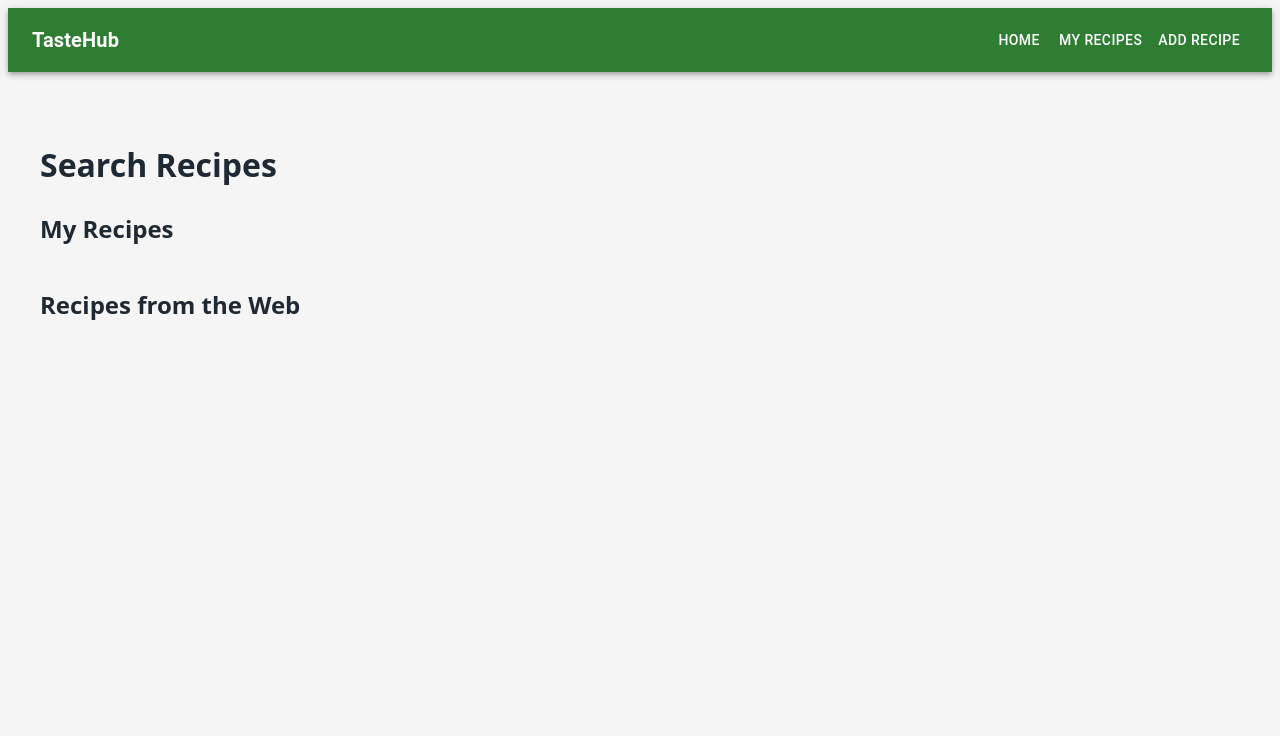
Repository: PabloVega7/TasteHub-Milestone03
Page: /
These files come from the project's save history. The page is drawn as it stood at one moment and after the next save; the edit follows.
The browser window is 1280 px wide. The pictures show the whole page.
The page's requests for data from a server got no answer. The project was rebuilt for these pictures with package versions that can differ from the ones it lists, and the page was loaded fresh each time. No one was signed in, and anything a server would have sent is missing. Also part of the build but not shown: vite.config.js, src/components/RecipeCard.jsx, src/pages/RecipeDetails.jsx, src/pages/MyRecipes.jsx, src/pages/AddRecipe.jsx, src/pages/EditRecipe.jsx.

Above is the page before, as saved 2025-11-29 15:51:57.

### index.html
<!doctype html>
<html lang="en">
  <head>
    <meta charset="UTF-8" />
    <link rel="icon" type="image/svg+xml" href="/vite.svg" />
    <meta name="viewport" content="width=device-width, initial-scale=1.0" />
    <title>tastehub</title>
  </head>
  <body>
    <div id="root"></div>
    <script type="module" src="/src/main.jsx"></script>
  </body>
</html>

### src/App.jsx
// src/App.jsx
import { BrowserRouter as Router, Routes, Route } from "react-router-dom";
import Navbar from "./components/Navbar";
import Home from "./pages/Home";
import RecipeDetails from "./pages/RecipeDetails";
import MyRecipes from "./pages/MyRecipes";
import AddRecipe from "./pages/AddRecipe";
import EditRecipe from "./pages/EditRecipe";
import { RecipesProvider } from "./context/RecipesContext";

function App() {
  return (
    <RecipesProvider>
      <Router>
        <Navbar />
        <Routes>
          <Route path="/" element={<Home />} />
          <Route path="/recipe/:id" element={<RecipeDetails />} />
          <Route path="/my-recipes" element={<MyRecipes />} />
          <Route path="/add-recipe" element={<AddRecipe />} />
          <Route path="/edit-recipe/:id" element={<EditRecipe />} />
        </Routes>
      </Router>
    </RecipesProvider>
  );
}

export default App;

### src/index.css
:root {
  font-family: system-ui, -apple-system, BlinkMacSystemFont, "Segoe UI",
    sans-serif;
  line-height: 1.5;
  color: #1f2933;
  background-color: #f5f5f5;
}

body {
  margin: 20;
  min-height: 100vh;
}

#root {
  min-height: 100vh;
}

### src/components/Navbar.jsx
import AppBar from "@mui/material/AppBar";
import Box from "@mui/material/Box";
import Toolbar from "@mui/material/Toolbar";
import Typography from "@mui/material/Typography";
import Button from "@mui/material/Button";
import { Link } from "react-router-dom";

export default function Navbar() {
  return (
    <Box sx={{ flexGrow: 1, mb: 2 }}>
      <AppBar position="static" sx={{ backgroundColor: "#2e7d32" }}>
        <Toolbar>
          {/* Logo / App Name */}
          <Typography
            variant="h6"
            component="div"
            sx={{ flexGrow: 1, fontWeight: 600 }}>
            TasteHub
          </Typography>

          {/* Navigation Buttons */}
          <Button color="inherit" component={Link} to="/">
            Home
          </Button>

          <Button color="inherit" component={Link} to="/my-recipes">
            My Recipes
          </Button>

          <Button color="inherit" component={Link} to="/add-recipe">
            Add Recipe
          </Button>
        </Toolbar>
      </AppBar>
    </Box>
  );
}

### src/pages/Home.jsx
import { useRecipes } from "../context/RecipesContext";
import RecipeCard from "../components/RecipeCard";
import WebRecipes from "../components/WebRecipes";

export default function Home() {
  const { recipes } = useRecipes();

  return (
    <div style={{ padding: "2rem" }}>
      <h1>Search Recipes</h1>

      <h2>My Recipes</h2>
      <div style={{ display: "flex", gap: "1rem", flexWrap: "wrap" }}>
        {recipes.map((recipe) => (
          <RecipeCard
            key={recipe.id}
            id={recipe.id}
            title={recipe.title}
            image={recipe.image}
          />
        ))}
      </div>

      <h2>Recipes from the Web</h2>
      <WebRecipes />
    </div>
  );
}

### src/context/RecipesContext.jsx
import { createContext, useContext, useEffect, useState } from "react";

const RecipesContext = createContext();
export const useRecipes = () => useContext(RecipesContext);

export const RecipesProvider = ({ children }) => {
  const [recipes, setRecipes] = useState([]);

  // Load from localStorage on mount
  useEffect(() => {
    const stored = localStorage.getItem("tastehub-recipes");
    if (stored) {
      try {
        setRecipes(JSON.parse(stored));
      } catch (err) {
        console.error("Error parsing stored recipes:", err);
        setRecipes([]);
      }
    }
  }, []);

  // Save to localStorage whenever recipes change
  useEffect(() => {
    localStorage.setItem("tastehub-recipes", JSON.stringify(recipes));
  }, [recipes]);

  // Add a new recipe
  const addRecipe = (newRecipe) => {
    const recipeWithId = {
      ...newRecipe,
      id: Date.now().toString(), // guaranteed unique
    };

    setRecipes((prev) => [...prev, recipeWithId]);
  };

  // Edit recipe
  const updateRecipe = (updatedRecipe) => {
    setRecipes((prev) =>
      prev.map((r) => (r.id === updatedRecipe.id ? updatedRecipe : r))
    );
  };

  return (
    <RecipesContext.Provider
      value={{
        recipes,
        addRecipe,
        updateRecipe,
      }}>
      {children}
    </RecipesContext.Provider>
  );
};

### src/components/WebRecipes.jsx
import { useState, useEffect } from "react";
import RecipeCard from "./RecipeCard";

export default function WebRecipes() {
  const [results, setResults] = useState([]);

  useEffect(() => {
    async function fetchData() {
      try {
        const res = await fetch(
          "https://www.themealdb.com/api/json/v1/1/search.php?s=chicken"
        );
        const data = await res.json();

        if (data.meals) {
          setResults(
            data.meals.slice(0, 6).map((meal) => ({
              id: meal.idMeal,
              title: meal.strMeal,
              image: meal.strMealThumb,
            }))
          );
        }
      } catch (err) {
        console.error("API error", err);
      }
    }

    fetchData();
  }, []);

  return (
    <div style={{ display: "flex", gap: "1rem", flexWrap: "wrap" }}>
      {results.map((r) => (
        <RecipeCard key={r.id} id={r.id} title={r.title} image={r.image} />
      ))}
    </div>
  );
}

Loaded but not shown: src/main.jsx (common file)

After the next save:
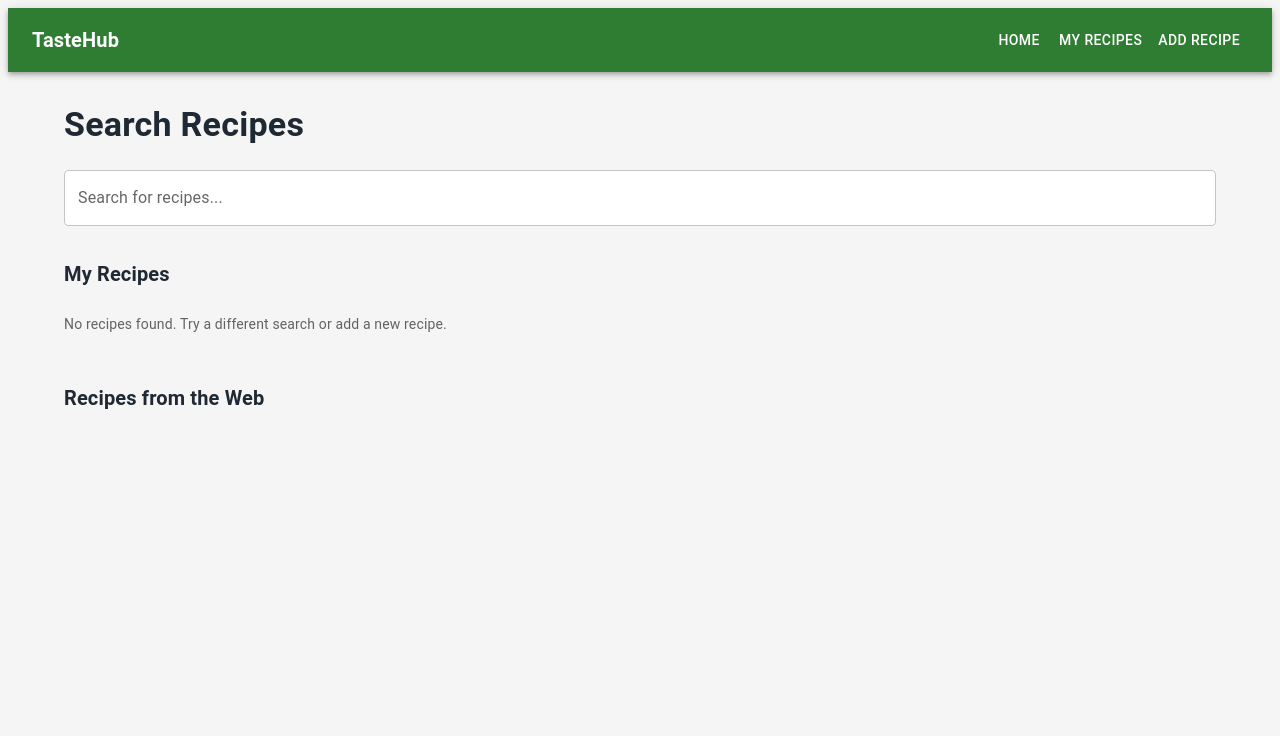
Saved 3 min 6 s later.
--- a/src/pages/Home.jsx
+++ b/src/pages/Home.jsx
@@ -1,28 +1,69 @@
-import { useRecipes } from "../context/RecipesContext";
+// src/pages/Home.jsx
+import { useState } from "react";
+import { Container, Typography, TextField, Box, Grid } from "@mui/material";
 import RecipeCard from "../components/RecipeCard";
 import WebRecipes from "../components/WebRecipes";
+import { useRecipes } from "../context/RecipesContext";
 
 export default function Home() {
   const { recipes } = useRecipes();
+  const [query, setQuery] = useState("");
+
+  const filteredRecipes = recipes.filter((recipe) =>
+    recipe.title.toLowerCase().includes(query.toLowerCase())
+  );
 
   return (
-    <div style={{ padding: "2rem" }}>
-      <h1>Search Recipes</h1>
+    <Container maxWidth="lg" sx={{ mt: 4, mb: 6 }}>
+      {/* Page title */}
+      <Typography variant="h4" fontWeight={700} mb={3}>
+        Search Recipes
+      </Typography>
 
-      <h2>My Recipes</h2>
-      <div style={{ display: "flex", gap: "1rem", flexWrap: "wrap" }}>
-        {recipes.map((recipe) => (
-          <RecipeCard
-            key={recipe.id}
-            id={recipe.id}
-            title={recipe.title}
-            image={recipe.image}
-          />
-        ))}
-      </div>
+      {/* Search bar */}
+      <TextField
+        fullWidth
+        label="Search for recipes..."
+        variant="outlined"
+        value={query}
+        onChange={(e) => setQuery(e.target.value)}
+        sx={{ mb: 4, backgroundColor: "white" }}
+      />
 
-      <h2>Recipes from the Web</h2>
-      <WebRecipes />
-    </div>
+      {/* My Recipes section */}
+      <Box mb={6}>
+        <Typography variant="h6" fontWeight={600} mb={2}>
+          My Recipes
+        </Typography>
+
+        <Grid container spacing={3}>
+          {filteredRecipes.map((recipe) => (
+            <Grid item xs={12} sm={6} md={4} key={recipe.id}>
+              <RecipeCard
+                id={recipe.id}
+                title={recipe.title}
+                image={recipe.image}
+              />
+            </Grid>
+          ))}
+
+          {filteredRecipes.length === 0 && (
+            <Typography variant="body2" color="text.secondary" sx={{ mt: 1 }}>
+              No recipes found. Try a different search or add a new recipe.
+            </Typography>
+          )}
+        </Grid>
+      </Box>
+
+      {/* Web recipes section */}
+      <Box>
+        <Typography variant="h6" fontWeight={600} mb={2}>
+          Recipes from the Web
+        </Typography>
+
+        {/* WebRecipes can optionally use `query` later if we wire it up */}
+        <WebRecipes />
+      </Box>
+    </Container>
   );
 }
